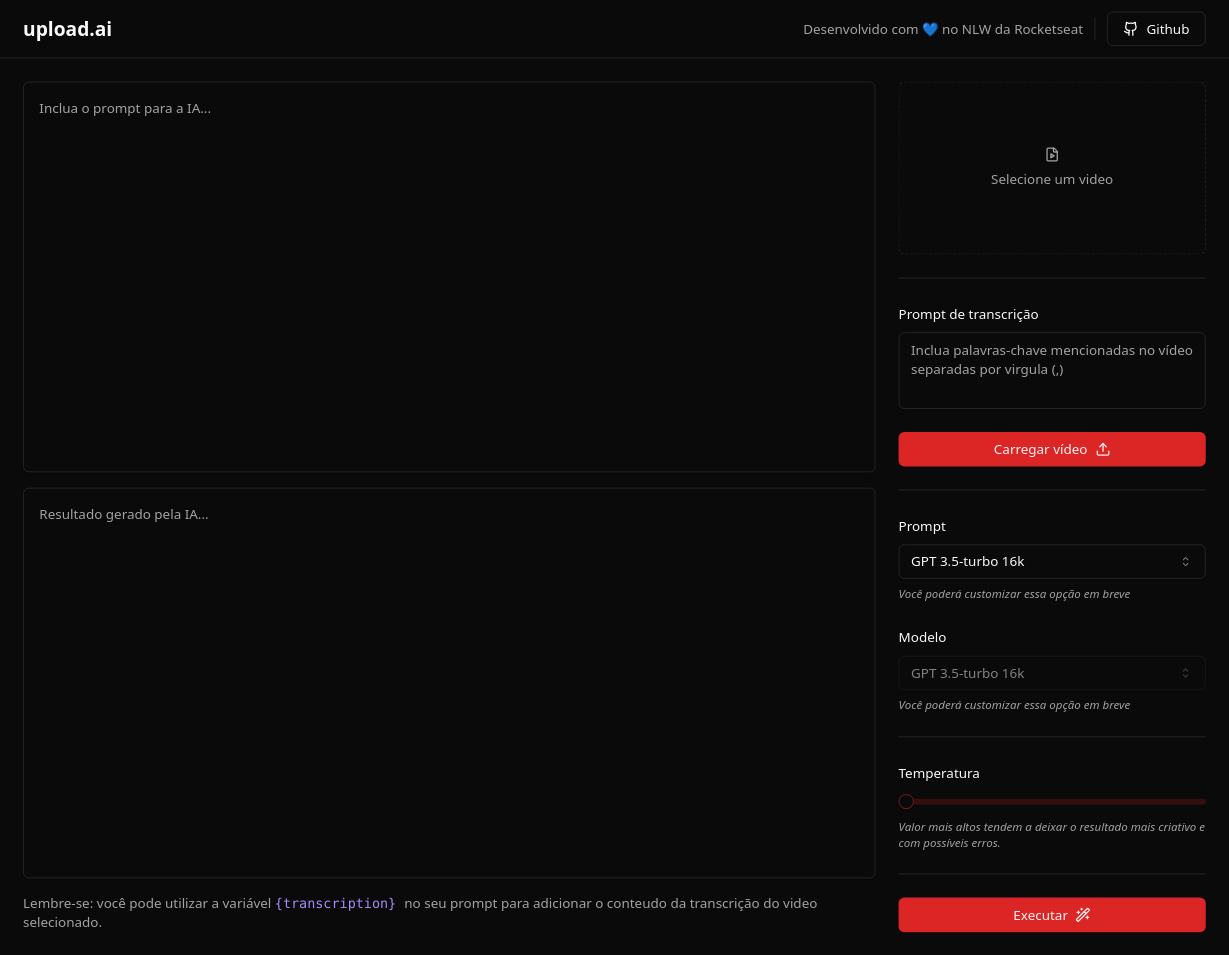
Repository: ricardolimati/upload-ai-web
Page: /
These files come from the project's save history. The page is drawn as it stood at one moment and after the next save; the edit follows.
The browser window is 1280 px wide. The pictures show the whole page, at 96% of full size.
The project was rebuilt for these pictures with package versions that can differ from the ones it lists, and the page was loaded fresh each time. Also part of the build but not shown: vite.config.ts.

Above is the page before, as saved 2023-09-12 00:36:03.

### src/App.tsx
import {Github, FileVideo, Upload, Wand2} from 'lucide-react'
import { Button } from "./components/ui/button";
import { Separator } from './components/ui/separator';
import { Textarea } from './components/ui/textarea';
import { Label } from './components/ui/label';
import { Select, SelectContent, SelectItem, SelectTrigger, SelectValue } from './components/ui/select';
import { Slider } from './components/ui/slider';

export function App() {
  return(
   <div className="min-h-screen flex flex-col">
    <div className="px-6 py-3 flex items-center justify-between border-b">
      <h1 className="text-xl font-bold">upload.ai</h1>
      <div className="flex items-center gap-3">
        <span className="text-sm text-muted-foreground">
          Desenvolvido com 💙 no NLW da Rocketseat</span>
          <Separator orientation='vertical' className='h-6' />
        <Button variant="outline">
          <Github className="w-4 h-4 mr-2" />Github
        </Button>
      </div>
    </div>

    <main className="flex-1 p-6 flex gap-6">
      <div className="flex flex-col flex-1 gap-4">
        <div className="grid grid-rows-2 gap-4 flex-1">
          <Textarea
          className="resize-none p-4 leading-relaxed"
          placeholder="Inclua o prompt para a IA..."
          />
          <Textarea
          className="resize-none p-4 leading-relaxed"
          placeholder="Resultado gerado pela IA..."
          readOnly/>
        </div>

        <p className="text-sm text-muted-foreground">
          Lembre-se: você pode utilizar a variável <code className="text-violet-400">{'{transcription}'} </code>
           no seu prompt para adicionar o conteudo da transcrição
          do video selecionado.</p>
      </div>
      <aside className="w-80 space-y-6">
        <form className="space-y-6" >
          <label
          htmlFor="video"
          className="border flex rounded-md aspect-video cursor-pointer border-dashed text-sm flex-col gap-2 items-center justify-center text-muted-foreground hover:bg-primary/5"
          >
            <FileVideo className="w-4 h-4" />
            Selecione um video
          </label>
          <input type="file" id="video" accept="video/mp4" className="sr-only"/>
          <Separator />
          <div className="space-y-2">
            <Label htmlFor="transcription_prompt">Prompt de transcrição</Label>
            <Textarea
            id="transcription_prompt"
            className="h-20 leading-relaxe resize-none"
            placeholder="Inclua palavras-chave mencionadas no vídeo separadas por virgula (,)"
            />
          </div>
          <Button type="submit" className="w-full">
            Carregar vídeo
            <Upload
              className="w-4 h-4 ml-2"
            />
          </Button>
        </form>

        <Separator />

        <form className="space-y-6">
        <div className="space-y-2">
            <Label >Prompt</Label>
           <Select defaultValue='gpt-3.5'>
              <SelectTrigger>
                <SelectValue />
              </SelectTrigger>
              <SelectContent>
              <SelectItem value="gpt-3.5">GPT 3.5-turbo 16k</SelectItem>
              </SelectContent>
            </Select>
            <span className="block text-xs text-muted-foreground italic">
              Você poderá customizar essa opção em breve
            </span>
          </div>

          <div className="space-y-2">
            <Label >Modelo</Label>
           <Select disabled defaultValue='gpt-3.5'>
              <SelectTrigger>
                <SelectValue />
              </SelectTrigger>
              <SelectContent>
              <SelectItem value="gpt-3.5">GPT 3.5-turbo 16k</SelectItem>
              </SelectContent>
            </Select>
            <span className="block text-xs text-muted-foreground italic">
              Você poderá customizar essa opção em breve
            </span>
          </div>

          <Separator/>
          <div className="space-y-4">
            <Label >Temperatura</Label>
            <Slider
             min={0}
             max={1}
             step={0.1}
            />
            <span className="block text-xs text-muted-foreground italic">
              Valor mais altos tendem a deixar o resultado mais criativo e com possíveis erros.
            </span>
          </div>

          <Separator />

          <Button type="submit" className="w-full">
            Executar
            <Wand2  className="w-4 h-4 ml-2"/>
          </Button>

        </form>
      </aside>
    </main>
   </div>
  )
}

### src/index.css
@tailwind base;
@tailwind components;
@tailwind utilities;

@layer base {
  :root {
    --background: 0 0% 3.9%;
    --foreground: 0 0% 98%;
    --card: 0 0% 3.9%;
    --card-foreground: 0 0% 98%;
    --popover: 0 0% 3.9%;
    --popover-foreground: 0 0% 98%;
    --primary: 0 72.2% 50.6%;
    --primary-foreground: 0 85.7% 97.3%;
    --secondary: 0 0% 14.9%;
    --secondary-foreground: 0 0% 98%;
    --muted: 0 0% 14.9%;
    --muted-foreground: 0 0% 63.9%;
    --accent: 0 0% 14.9%;
    --accent-foreground: 0 0% 98%;
    --destructive: 0 62.8% 30.6%;
    --destructive-foreground: 0 0% 98%;
    --border: 0 0% 14.9%;
    --input: 0 0% 14.9%;
    --ring: 0 72.2% 50.6%;

    --radius: 0.5rem;
  }
}

@layer base {
  * {
    @apply border-border;
  }
  body {
    @apply bg-background text-foreground;
  }
}

### src/components/ui/button.tsx
import * as React from "react"
import { Slot } from "@radix-ui/react-slot"
import { cva, type VariantProps } from "class-variance-authority"

import { cn } from "@/lib/utils"

const buttonVariants = cva(
  "inline-flex items-center justify-center rounded-md text-sm font-medium transition-colors focus-visible:outline-none focus-visible:ring-1 focus-visible:ring-ring disabled:pointer-events-none disabled:opacity-50",
  {
    variants: {
      variant: {
        default:
          "bg-primary text-primary-foreground shadow hover:bg-primary/90",
        destructive:
          "bg-destructive text-destructive-foreground shadow-sm hover:bg-destructive/90",
        outline:
          "border border-input bg-transparent shadow-sm hover:bg-accent hover:text-accent-foreground",
        secondary:
          "bg-secondary text-secondary-foreground shadow-sm hover:bg-secondary/80",
        ghost: "hover:bg-accent hover:text-accent-foreground",
        link: "text-primary underline-offset-4 hover:underline",
      },
      size: {
        default: "h-9 px-4 py-2",
        sm: "h-8 rounded-md px-3 text-xs",
        lg: "h-10 rounded-md px-8",
        icon: "h-9 w-9",
      },
    },
    defaultVariants: {
      variant: "default",
      size: "default",
    },
  }
)

export interface ButtonProps
  extends React.ButtonHTMLAttributes<HTMLButtonElement>,
    VariantProps<typeof buttonVariants> {
  asChild?: boolean
}

const Button = React.forwardRef<HTMLButtonElement, ButtonProps>(
  ({ className, variant, size, asChild = false, ...props }, ref) => {
    const Comp = asChild ? Slot : "button"
    return (
      <Comp
        className={cn(buttonVariants({ variant, size, className }))}
        ref={ref}
        {...props}
      />
    )
  }
)
Button.displayName = "Button"

export { Button, buttonVariants }

### src/components/ui/separator.tsx
import * as React from "react"
import * as SeparatorPrimitive from "@radix-ui/react-separator"

import { cn } from "@/lib/utils"

const Separator = React.forwardRef<
  React.ElementRef<typeof SeparatorPrimitive.Root>,
  React.ComponentPropsWithoutRef<typeof SeparatorPrimitive.Root>
>(
  (
    { className, orientation = "horizontal", decorative = true, ...props },
    ref
  ) => (
    <SeparatorPrimitive.Root
      ref={ref}
      decorative={decorative}
      orientation={orientation}
      className={cn(
        "shrink-0 bg-border",
        orientation === "horizontal" ? "h-[1px] w-full" : "h-full w-[1px]",
        className
      )}
      {...props}
    />
  )
)
Separator.displayName = SeparatorPrimitive.Root.displayName

export { Separator }

### src/components/ui/textarea.tsx
import * as React from "react"

import { cn } from "@/lib/utils"

export interface TextareaProps
  extends React.TextareaHTMLAttributes<HTMLTextAreaElement> {}

const Textarea = React.forwardRef<HTMLTextAreaElement, TextareaProps>(
  ({ className, ...props }, ref) => {
    return (
      <textarea
        className={cn(
          "flex min-h-[60px] w-full rounded-md border border-input bg-transparent px-3 py-2 text-sm shadow-sm placeholder:text-muted-foreground focus-visible:outline-none focus-visible:ring-1 focus-visible:ring-ring disabled:cursor-not-allowed disabled:opacity-50",
          className
        )}
        ref={ref}
        {...props}
      />
    )
  }
)
Textarea.displayName = "Textarea"

export { Textarea }

### src/components/ui/label.tsx
import * as React from "react"
import * as LabelPrimitive from "@radix-ui/react-label"
import { cva, type VariantProps } from "class-variance-authority"

import { cn } from "@/lib/utils"

const labelVariants = cva(
  "text-sm font-medium leading-none peer-disabled:cursor-not-allowed peer-disabled:opacity-70"
)

const Label = React.forwardRef<
  React.ElementRef<typeof LabelPrimitive.Root>,
  React.ComponentPropsWithoutRef<typeof LabelPrimitive.Root> &
    VariantProps<typeof labelVariants>
>(({ className, ...props }, ref) => (
  <LabelPrimitive.Root
    ref={ref}
    className={cn(labelVariants(), className)}
    {...props}
  />
))
Label.displayName = LabelPrimitive.Root.displayName

export { Label }

### src/components/ui/select.tsx
import * as React from "react"
import { CaretSortIcon, CheckIcon } from "@radix-ui/react-icons"
import * as SelectPrimitive from "@radix-ui/react-select"

import { cn } from "@/lib/utils"

const Select = SelectPrimitive.Root

const SelectGroup = SelectPrimitive.Group

const SelectValue = SelectPrimitive.Value

const SelectTrigger = React.forwardRef<
  React.ElementRef<typeof SelectPrimitive.Trigger>,
  React.ComponentPropsWithoutRef<typeof SelectPrimitive.Trigger>
>(({ className, children, ...props }, ref) => (
  <SelectPrimitive.Trigger
    ref={ref}
    className={cn(
      "flex h-9 w-full items-center justify-between rounded-md border border-input bg-transparent px-3 py-2 text-sm shadow-sm ring-offset-background placeholder:text-muted-foreground focus:outline-none focus:ring-1 focus:ring-ring disabled:cursor-not-allowed disabled:opacity-50",
      className
    )}
    {...props}
  >
    {children}
    <SelectPrimitive.Icon asChild>
      <CaretSortIcon className="h-4 w-4 opacity-50" />
    </SelectPrimitive.Icon>
  </SelectPrimitive.Trigger>
))
SelectTrigger.displayName = SelectPrimitive.Trigger.displayName

const SelectContent = React.forwardRef<
  React.ElementRef<typeof SelectPrimitive.Content>,
  React.ComponentPropsWithoutRef<typeof SelectPrimitive.Content>
>(({ className, children, position = "popper", ...props }, ref) => (
  <SelectPrimitive.Portal>
    <SelectPrimitive.Content
      ref={ref}
      className={cn(
        "relative z-50 min-w-[8rem] overflow-hidden rounded-md border bg-popover text-popover-foreground shadow-md data-[state=open]:animate-in data-[state=closed]:animate-out data-[state=closed]:fade-out-0 data-[state=open]:fade-in-0 data-[state=closed]:zoom-out-95 data-[state=open]:zoom-in-95 data-[side=bottom]:slide-in-from-top-2 data-[side=left]:slide-in-from-right-2 data-[side=right]:slide-in-from-left-2 data-[side=top]:slide-in-from-bottom-2",
        position === "popper" &&
          "data-[side=bottom]:translate-y-1 data-[side=left]:-translate-x-1 data-[side=right]:translate-x-1 data-[side=top]:-translate-y-1",
        className
      )}
      position={position}
      {...props}
    >
      <SelectPrimitive.Viewport
        className={cn(
          "p-1",
          position === "popper" &&
            "h-[var(--radix-select-trigger-height)] w-full min-w-[var(--radix-select-trigger-width)]"
        )}
      >
        {children}
      </SelectPrimitive.Viewport>
    </SelectPrimitive.Content>
  </SelectPrimitive.Portal>
))
SelectContent.displayName = SelectPrimitive.Content.displayName

const SelectLabel = React.forwardRef<
  React.ElementRef<typeof SelectPrimitive.Label>,
  React.ComponentPropsWithoutRef<typeof SelectPrimitive.Label>
>(({ className, ...props }, ref) => (
  <SelectPrimitive.Label
    ref={ref}
    className={cn("px-2 py-1.5 text-sm font-semibold", className)}
    {...props}
  />
))
SelectLabel.displayName = SelectPrimitive.Label.displayName

const SelectItem = React.forwardRef<
  React.ElementRef<typeof SelectPrimitive.Item>,
  React.ComponentPropsWithoutRef<typeof SelectPrimitive.Item>
>(({ className, children, ...props }, ref) => (
  <SelectPrimitive.Item
    ref={ref}
    className={cn(
      "relative flex w-full cursor-default select-none items-center rounded-sm py-1.5 pl-2 pr-8 text-sm outline-none focus:bg-accent focus:text-accent-foreground data-[disabled]:pointer-events-none data-[disabled]:opacity-50",
      className
    )}
    {...props}
  >
    <span className="absolute right-2 flex h-3.5 w-3.5 items-center justify-center">
      <SelectPrimitive.ItemIndicator>
        <CheckIcon className="h-4 w-4" />
      </SelectPrimitive.ItemIndicator>
    </span>
    <SelectPrimitive.ItemText>{children}</SelectPrimitive.ItemText>
  </SelectPrimitive.Item>
))
SelectItem.displayName = SelectPrimitive.Item.displayName

const SelectSeparator = React.forwardRef<
  React.ElementRef<typeof SelectPrimitive.Separator>,
  React.ComponentPropsWithoutRef<typeof SelectPrimitive.Separator>
>(({ className, ...props }, ref) => (
  <SelectPrimitive.Separator
    ref={ref}
    className={cn("-mx-1 my-1 h-px bg-muted", className)}
    {...props}
  />
))
SelectSeparator.displayName = SelectPrimitive.Separator.displayName

export {
  Select,
  SelectGroup,
  SelectValue,
  SelectTrigger,
  SelectContent,
  SelectLabel,
  SelectItem,
  SelectSeparator,
}

### src/components/ui/slider.tsx
import * as React from "react"
import * as SliderPrimitive from "@radix-ui/react-slider"

import { cn } from "@/lib/utils"

const Slider = React.forwardRef<
  React.ElementRef<typeof SliderPrimitive.Root>,
  React.ComponentPropsWithoutRef<typeof SliderPrimitive.Root>
>(({ className, ...props }, ref) => (
  <SliderPrimitive.Root
    ref={ref}
    className={cn(
      "relative flex w-full touch-none select-none items-center",
      className
    )}
    {...props}
  >
    <SliderPrimitive.Track className="relative h-1.5 w-full grow overflow-hidden rounded-full bg-primary/20">
      <SliderPrimitive.Range className="absolute h-full bg-primary" />
    </SliderPrimitive.Track>
    <SliderPrimitive.Thumb className="block h-4 w-4 rounded-full border border-primary/50 bg-background shadow transition-colors focus-visible:outline-none focus-visible:ring-1 focus-visible:ring-ring disabled:pointer-events-none disabled:opacity-50" />
  </SliderPrimitive.Root>
))
Slider.displayName = SliderPrimitive.Root.displayName

export { Slider }

Loaded but not shown: index.html (common file); src/main.tsx (common file); src/lib/utils.ts (common file); tailwind.config.js (common file)

After the next save:
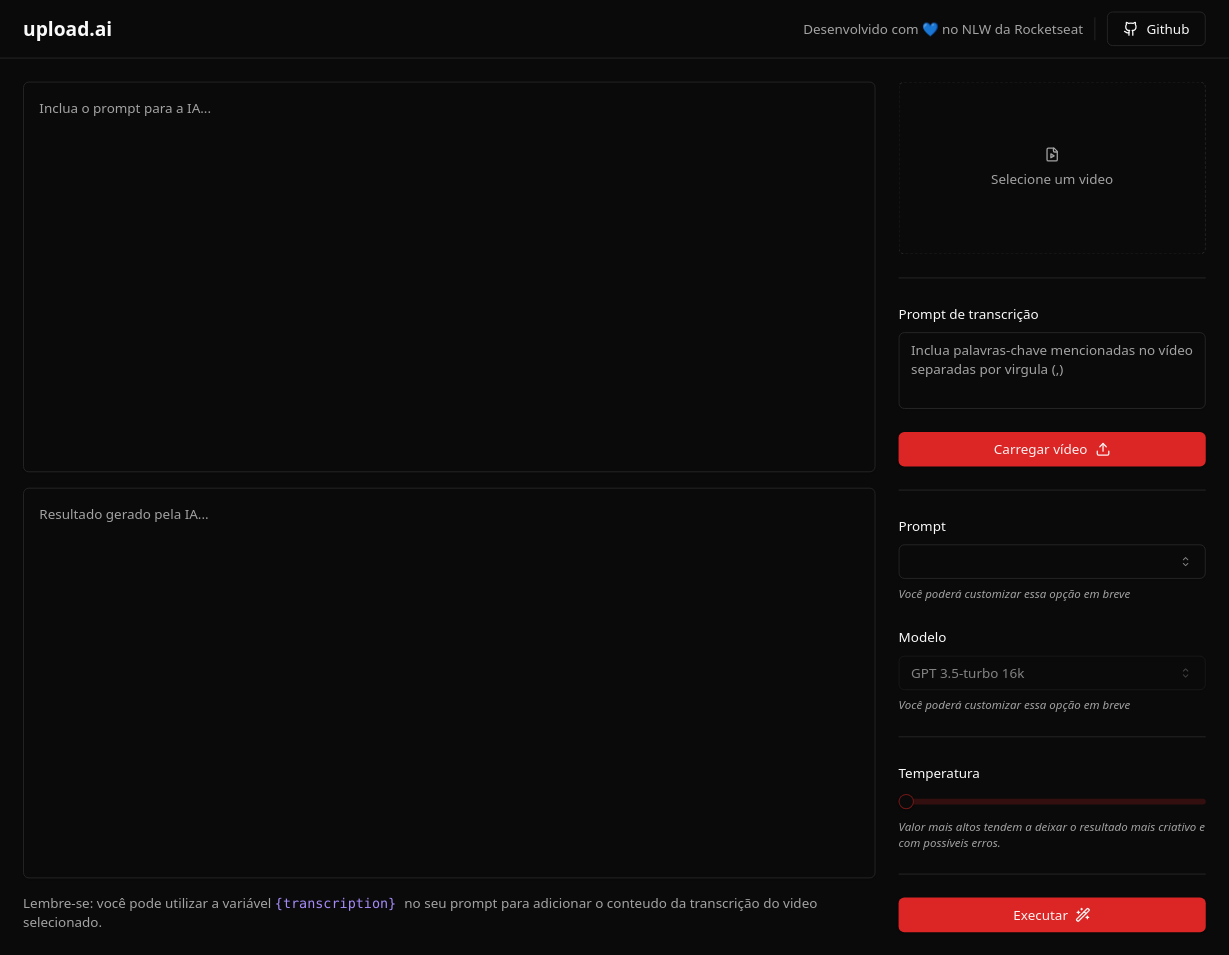
Saved 6 s later.
--- a/src/App.tsx
+++ b/src/App.tsx
@@ -71,7 +71,7 @@
         <form className="space-y-6">
         <div className="space-y-2">
             <Label >Prompt</Label>
-           <Select defaultValue='gpt-3.5'>
+           <Select >
               <SelectTrigger>
                 <SelectValue />
               </SelectTrigger>
